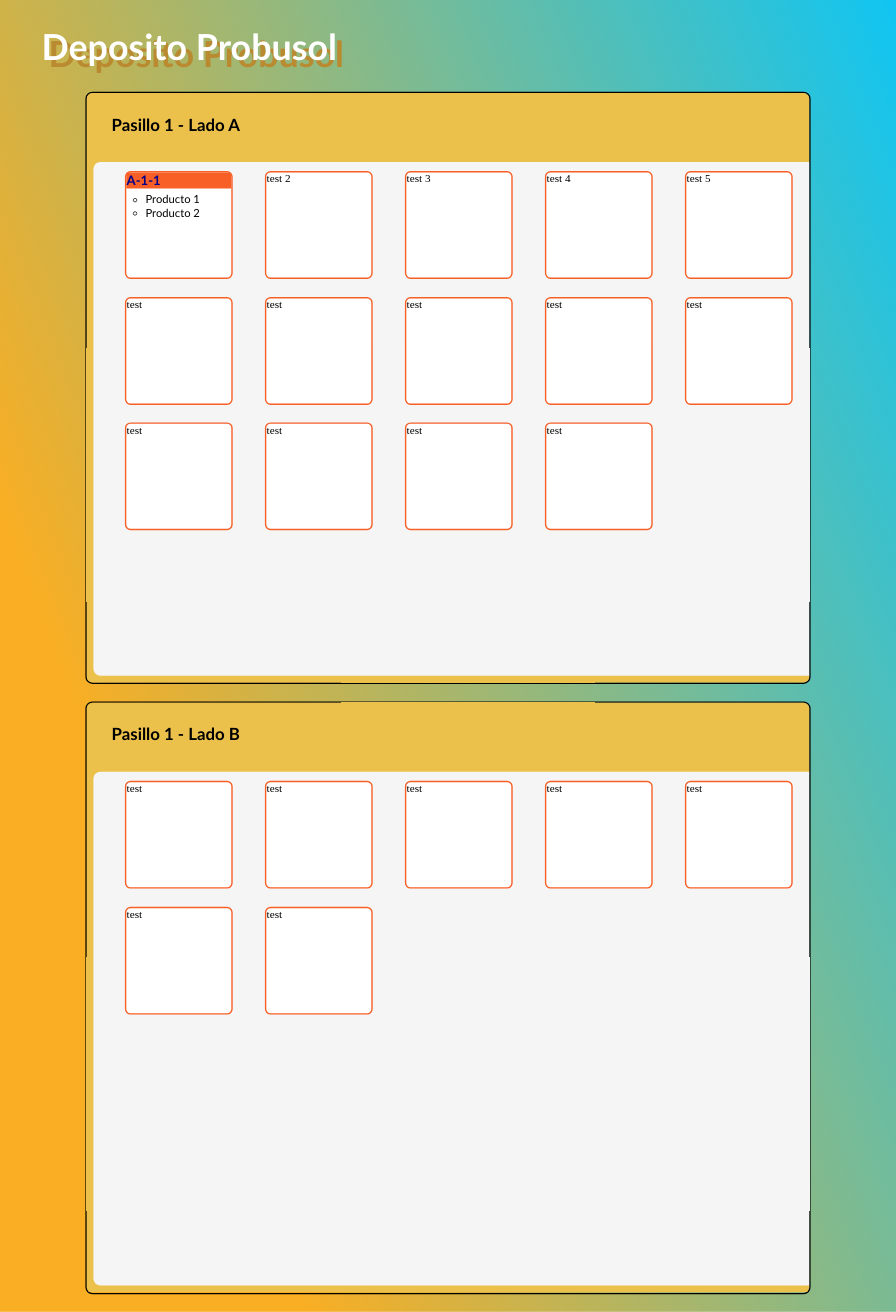
Repository: Franzcod/DepoStock_Web
Page: index.html
An editor plug-in stored every save of this project. The page is shown before and after the next save, followed by the edit.
The browser window is 1280 px wide. The pictures show the whole page, at 70% of full size.

Above is the page before, as saved 2020-06-07 20:32:59.
Console error: ReferenceError: ur is not defined

### index.html
<!DOCTYPE html>
<html lang="en">
<head>
    <meta charset="UTF-8">
    <meta name="viewport" content="width=device-width, initial-scale=1.0">
    <title>Deposito Probusol</title>

    <link rel="stylesheet" href="estilo/estilo.css">
</head>
<body>

    <div class="titulo">
        <h1>Deposito Probusol</h1>
    </div>


    <div class="app">
        <h2>Pasillo 1 - Lado A</h2>

        <ul class="hs">

            <li class="item">

                <h3 class="pos">A-1-1</h3>

                <ul class="listaProduc">
                    <li class="producto"> Producto 1</li>
                    <li class="producto"> Producto 2</li>
                </ul>
            </li>

            <li class="item">test 2</li>
            <li class="item">test 3</li>
            <li class="item">test 4</li>
            <li class="item">test 5</li>
            <li class="item">test 6</li>
            <li class="item">test 7</li>
            <li class="item">test 8</li>
            <li class="item">test 9</li>
            <li class="item">test</li>
            <li class="item">test</li>
            <li class="item">test</li>
            <li class="item">test</li>
            <li class="item">test</li>
            <li class="item">test</li>
            <li class="item">test</li>
            <li class="item">test</li>
            <li class="item">test</li>
            <li class="item">test</li>
            <li class="item">test</li>
            <li class="item">test</li>
            <li class="item">test</li>
            <li class="item">test</li>
            <li class="item">test</li>

        </ul>

        <!-- <div class="container">
            <div class="item">
            <h3>Block for context</h3>
            </div>
        </div> -->
    </div>

    <div class="app">
        <h2>Pasillo 1 - Lado B</h2>

        <ul class="hs">
            <li class="item">test</li>
            <li class="item">test</li>
            <li class="item">test</li>
            <li class="item">test</li>
            <li class="item">test</li>
            <li class="item">test</li>
            <li class="item">test</li>
            <li class="item">test</li>
            <li class="item">test</li>
            <li class="item">test</li>
            <li class="item">test</li>
            <li class="item">test</li>

        </ul>

        <!-- <div class="container">
            <div class="item">
            <h3>Block for context</h3>
            </div>
        </div> -->
    </div>






    <script>ur</script>

</body>







</html>

### estilo/estilo.css
html{
    background: rgb(11,196,242);
    background: linear-gradient(249deg, rgba(11,196,242,0.981127485173757) 0%, rgba(248,163,5,0.8774860285911239) 78%);
}

.titulo{
    margin: 2vw 4vw;
    align-items: flex-start;
    color: #fff;
    font-size: 2vw;
    font-family: 'Gill Sans', 'Gill Sans MT', Calibri, 'Trebuchet MS', sans-serif;
    text-shadow: 10px 10px rgb(186, 138, 48);
}


:root {
--gutter: 20px;
}

.app {
    padding: 10px;
    display: grid;
    grid-gap: var(--gutter) 0;
    border: 2px solid black;
    /* grid-template-columns: var(--gutter) 1fr var(--gutter);  */
    align-content: start;
    width: 80%;
    height: 75%;
    background: rgb(235, 192, 75);
    /* overflow-y: scroll; */
    margin: 2vw auto;
    overflow-x: auto;
    border-radius: 10px;
}


.hs {
    display: grid;
    grid-template-columns: repeat(10, 1fr);
    grid-template-rows: repeat(4, 1fr);
    overflow-x: auto;
    /* scroll-snap-type: x proximity; */
    padding-bottom: calc(.75 * var(--gutter));
    background-color:whitesmoke;
    width: 2000px;
    align-items: center;
    margin: auto;
    border-radius: 10px;
}

h2{
    margin-left: 2vw;
    font-family: 'Gill Sans', 'Gill Sans MT', Calibri, 'Trebuchet MS', sans-serif;
}

.item {
    /* scroll-snap-align: center; */
    /* padding: 2px;  */
    display: flex;
    flex-direction: column;
    justify-content: start;
    align-items: flex-start;
    background: #fff;
    border: 2px solid rgb(247, 95, 39);
    border-radius: 8px;
    height: 150px;
    width: 150px;
    margin: 1vw 5px;

}
.posi-1{
    margin: auto;
}

.pos{
    width: 100%;
    height: 15%;
    border-radius: 4px 4px 0 0 ;
    margin: 0px auto;
    align-items: center;
    color: darkblue;
    background: rgb(247, 95, 39);
    margin-inline-start: auto;
    font-family: 'Gill Sans', 'Gill Sans MT', Calibri, 'Trebuchet MS', sans-serif;

}


.listaProduc{
    margin-top: 5px;
    margin-left: 2px;
    padding-left: 25px;
    font-family: 'Gill Sans', 'Gill Sans MT', Calibri, 'Trebuchet MS', sans-serif;

}

After the next save:
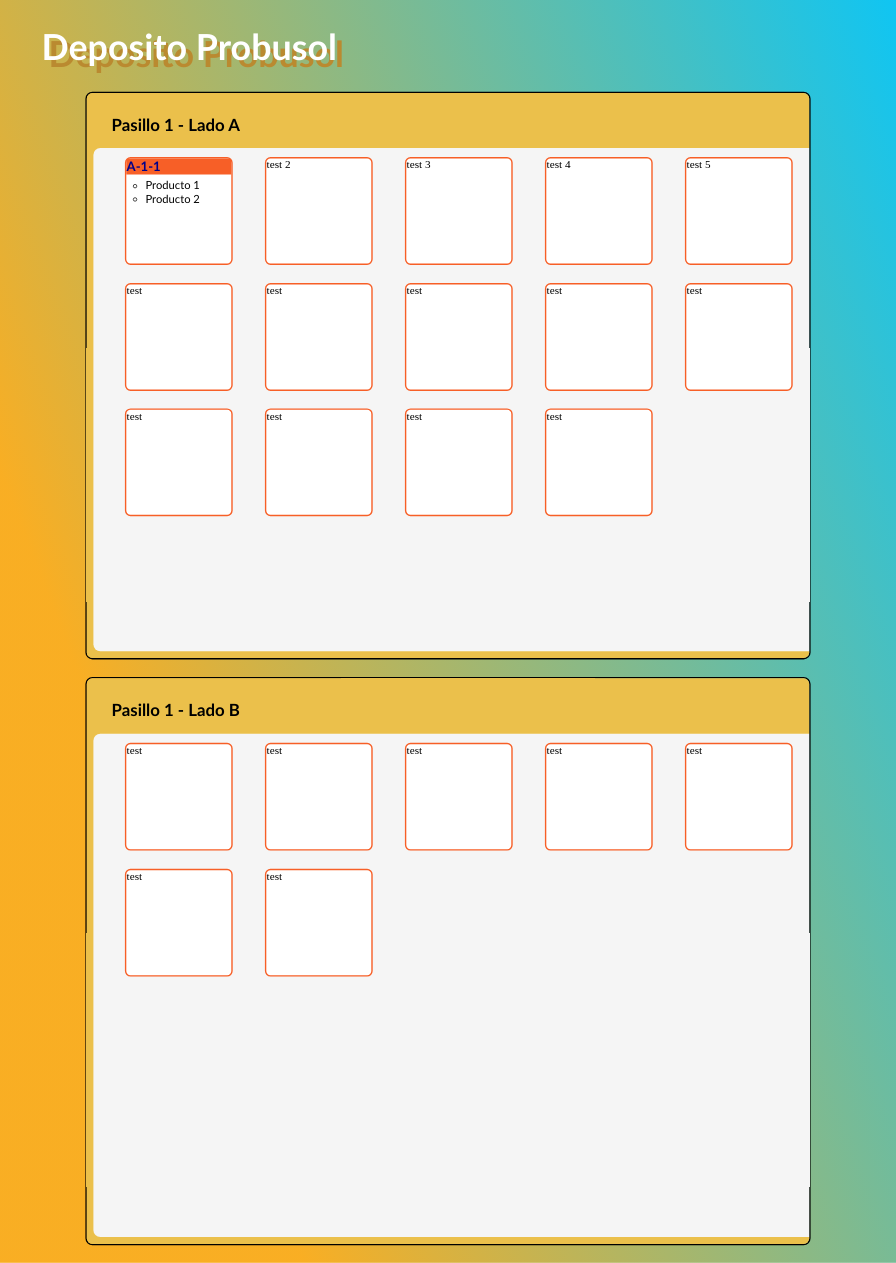
Saved 23 s later.
--- a/estilo/estilo.css
+++ b/estilo/estilo.css
@@ -13,9 +13,6 @@ html{
 }
 
 
-:root {
---gutter: 20px;
-}
 
 .app {
     padding: 10px;
